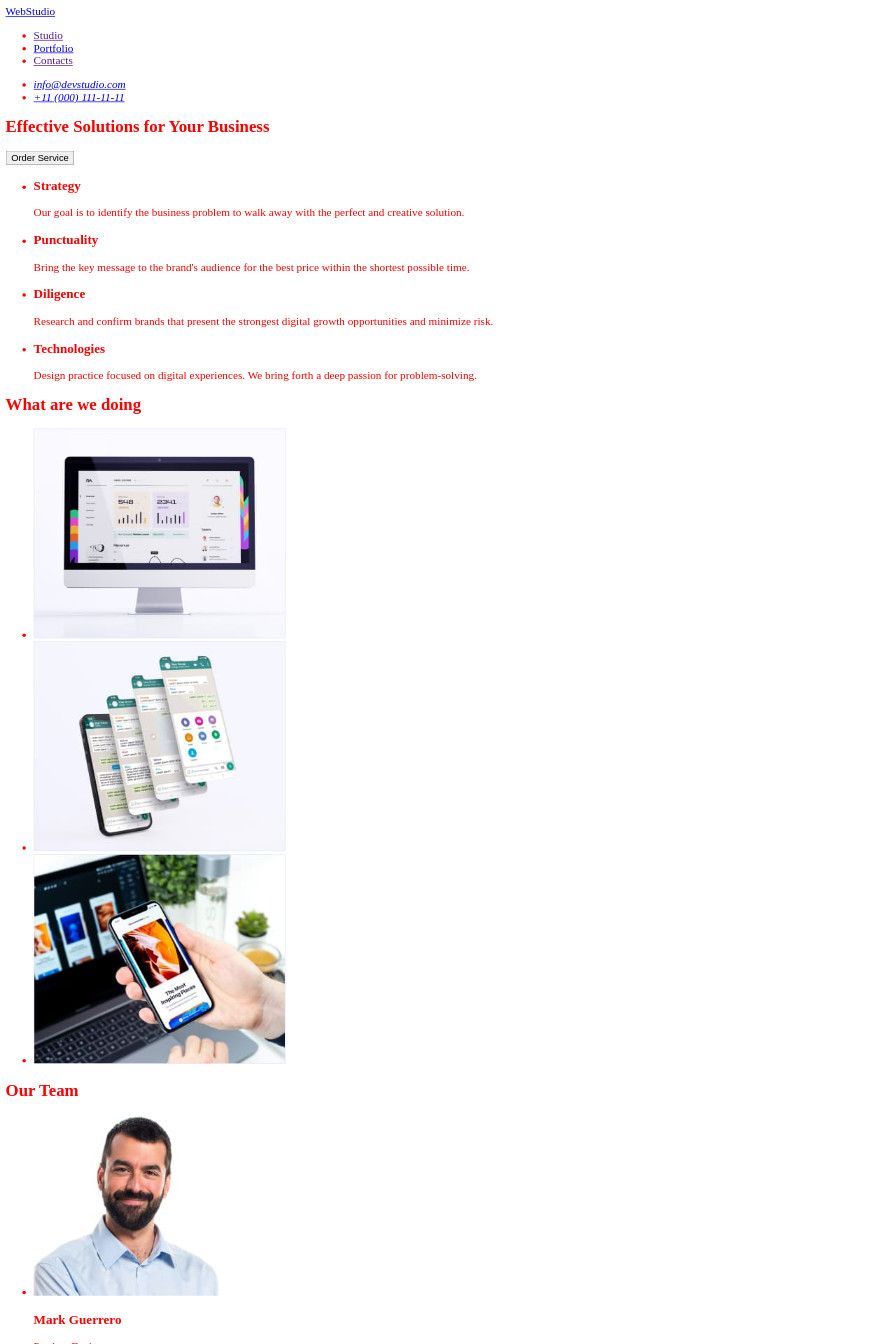
Repository: GrishchenkoNataliya/goit-markup-hw-02
Page: index.html
The author's editor kept a copy of each file at every save. The page is drawn from the files as they stood at one save, then again after the next save.
The browser window is 1280 px wide. The pictures show the part of the page from y = 0 to 1920 px (the page is 3089 px tall before and 3081 px after), at 70% of full size.

Above is the page before, as saved 2023-03-03 16:41:24.

After the next save:
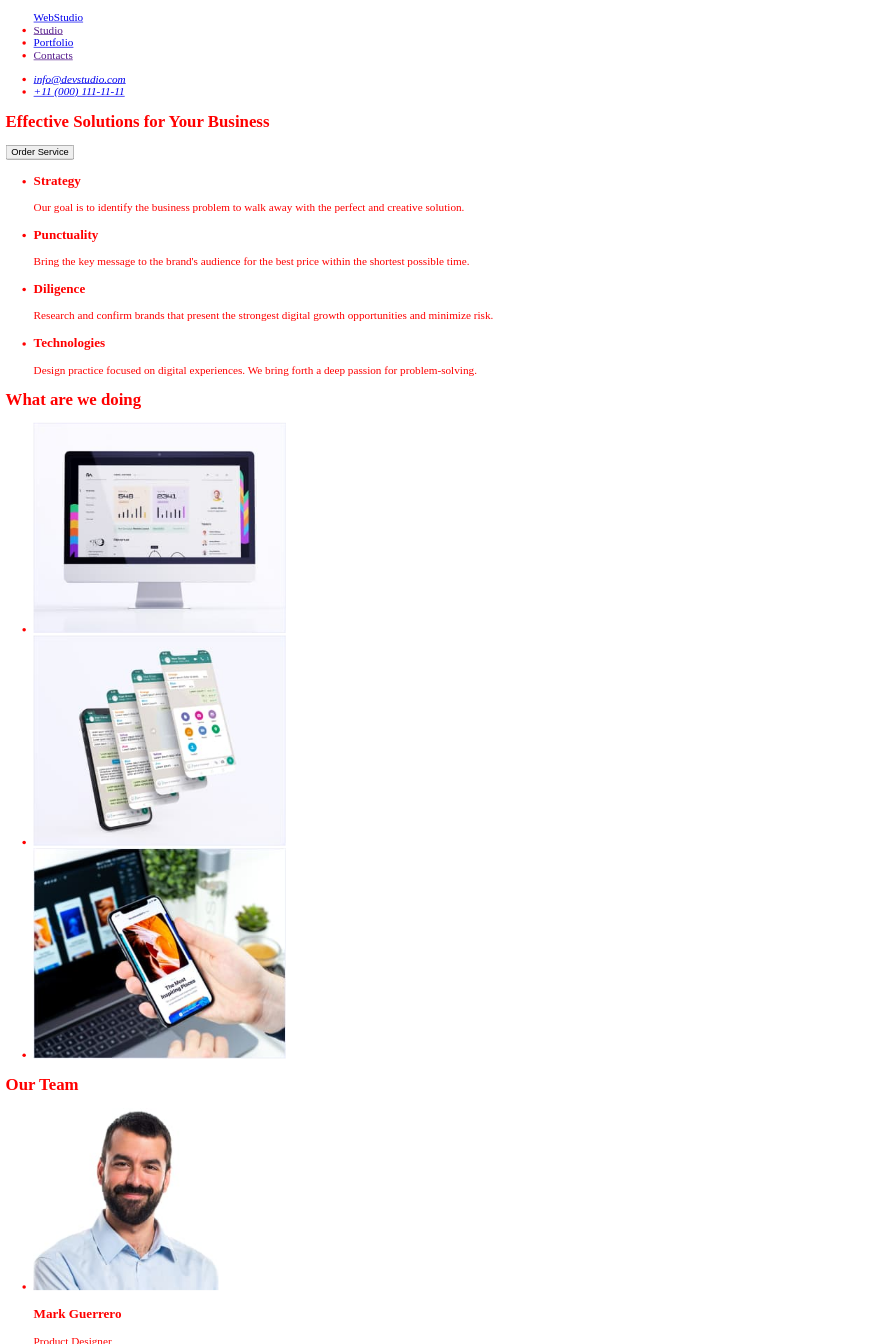
Saved 5 h 52 min later.
--- a/index.html
+++ b/index.html
@@ -14,33 +14,42 @@
     <link rel="stylesheet" href="./css/styles.css" />
     <title>homework_1</title>
   </head>
-  <body>
-    <header>
-      <nav>
-        <a href="./index.html">WebStudio</a>
-        <ul>
-          <li>
-            <a href="" target="_blank" rel="noopener noreferrer nofollow"
+  <body class="body">
+    <header class="header">
+      <nav class="header-nav">
+        <ul class="header-list">
+          <a class="header-logo" href="./index.html">WebStudio</a>
+          <li class="header-item">
+            <a
+              class="header-list"
+              href=""
+              target="_blank"
+              rel="noopener noreferrer nofollow"
               >Studio</a
             >
           </li>
-          <li>
+          <li class="header-item">
             <a
+              class="header-list"
               href="./portfolio/portfolio.html"
               target="_blank"
               rel="noopener noreferrer nofollow"
               >Portfolio</a
             >
           </li>
-          <li>
-            <a href="" target="_blank" rel="noopener noreferrer nofollow"
+          <li class="header-item">
+            <a
+              class="header-list"
+              href=""
+              target="_blank"
+              rel="noopener noreferrer nofollow"
               >Contacts</a
             >
           </li>
         </ul>
       </nav>
-      <address>
-        <ul>
+      <address class="address">
+        <ul class="header-address">
           <li><a href="mailto:info@devstudio.com">info@devstudio.com</a></li>
           <li><a href="tel:+110001111111">+11 (000) 111-11-11</a></li>
         </ul>
